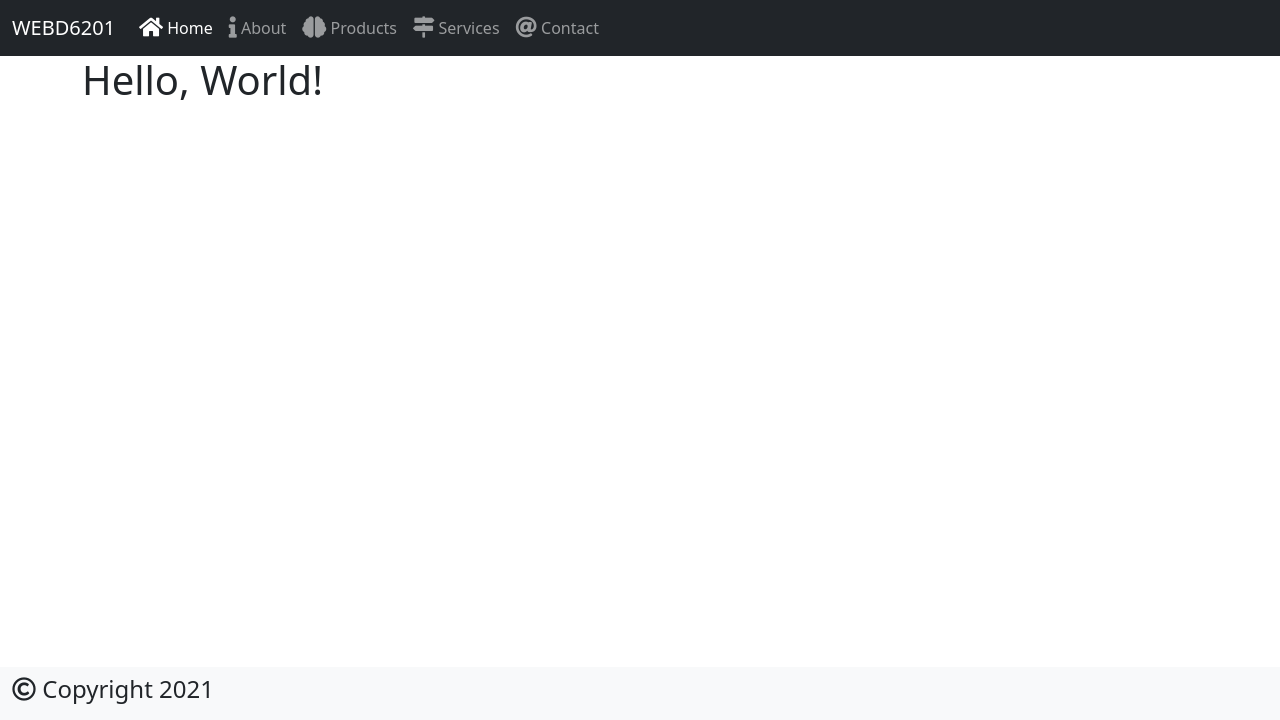
Repository: aphim/WEB6201-wk1
Page: index.html
These files come from the project's save history. The page is drawn as it stood at one moment and after the next save; the edit follows.
The browser window is 1280 px wide. The pictures show the whole page.

Above is the page before, as saved 2021-01-14 09:46:09.

After the next save:
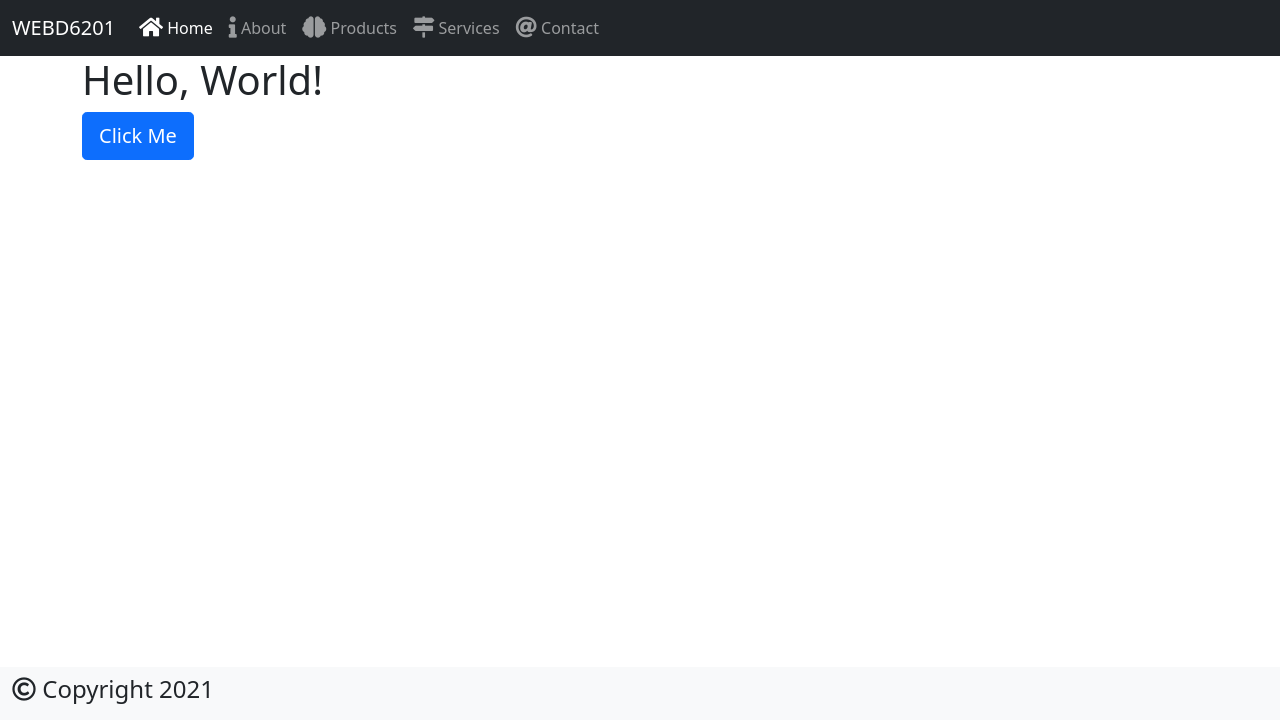
Saved 2 min 53 s later.
--- a/index.html
+++ b/index.html
@@ -55,6 +55,7 @@
 
     <main class="container">
         <h1>Hello, World!</h1>
+        <button class="btn btn-primary btn-lg">Click Me</button>
     </main>
 
     <footer>
